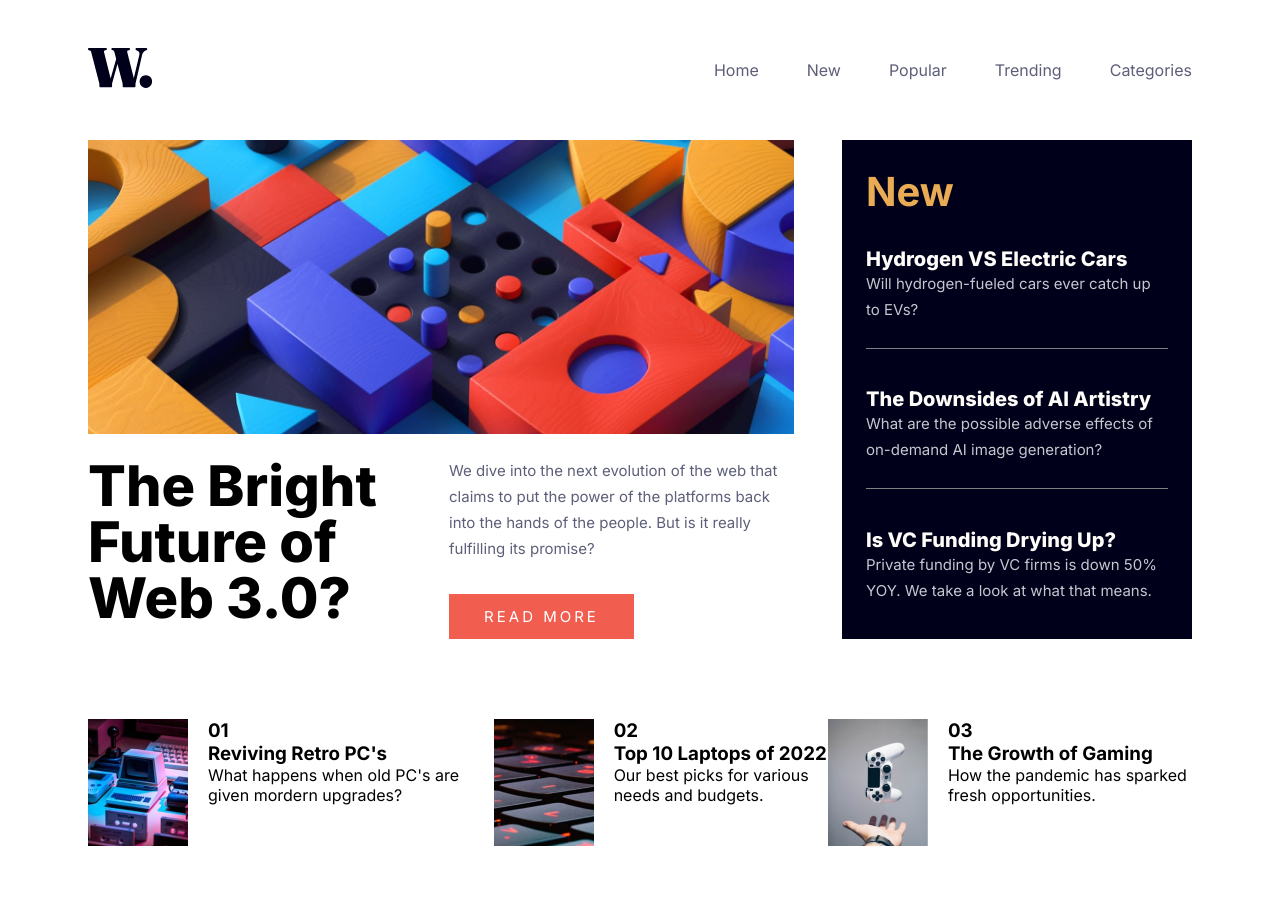
Repository: DevAntonioRogers/FrontendMentor-News-Homepage
Page: index.html
An editor plug-in stored every save of this project. The page is shown before and after the next save, followed by the edit.
The browser window is 1280 px wide. The pictures show the whole page.

Above is the page before, as saved 2023-04-22 15:44:24.

After the next save:
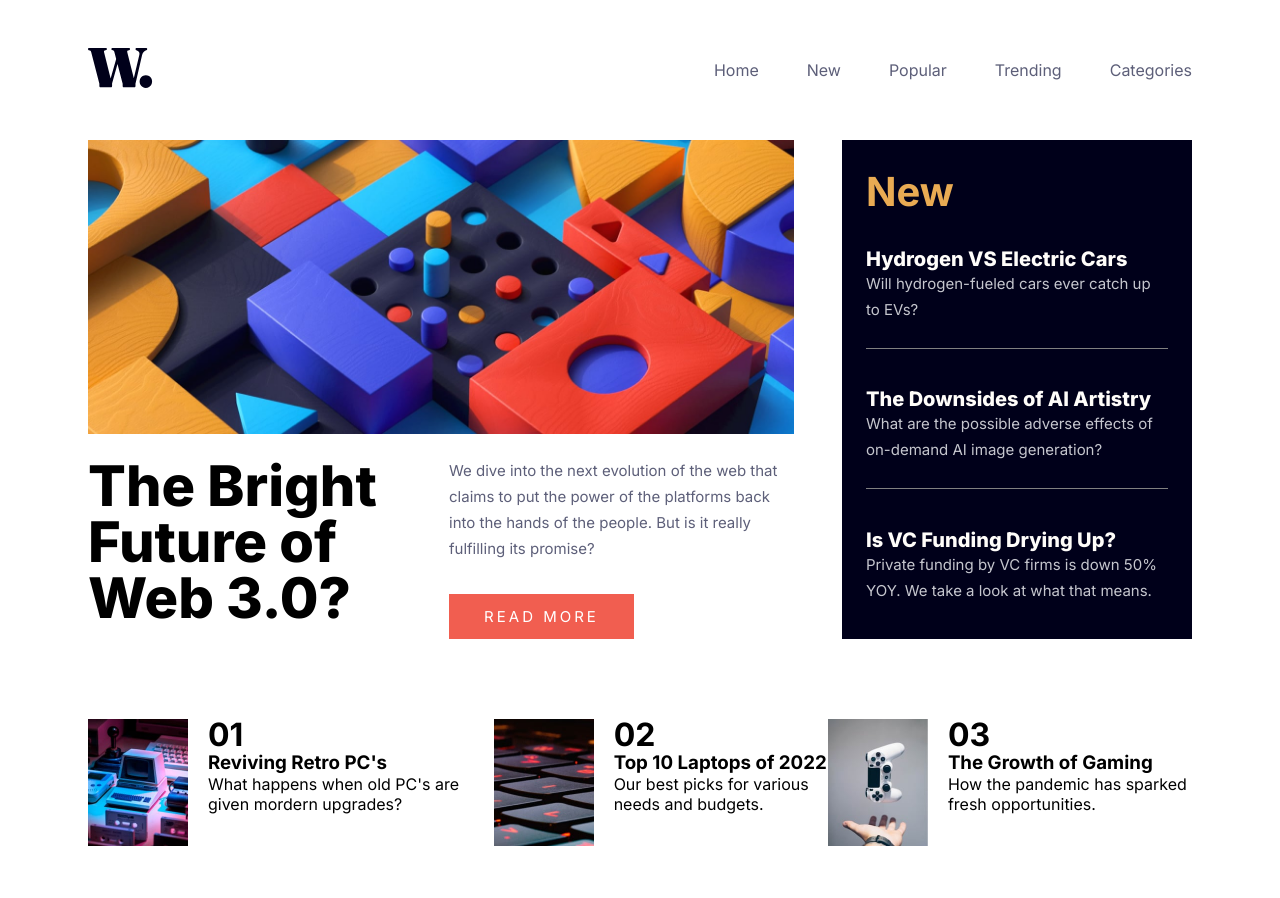
Saved 21 s later.
--- a/styles.css
+++ b/styles.css
@@ -171,5 +171,7 @@ nav{
 }
 
 .articles h1{
-
+  font-weight: 700;
+font-size: 32px;
+line-height: 32px;
 }
